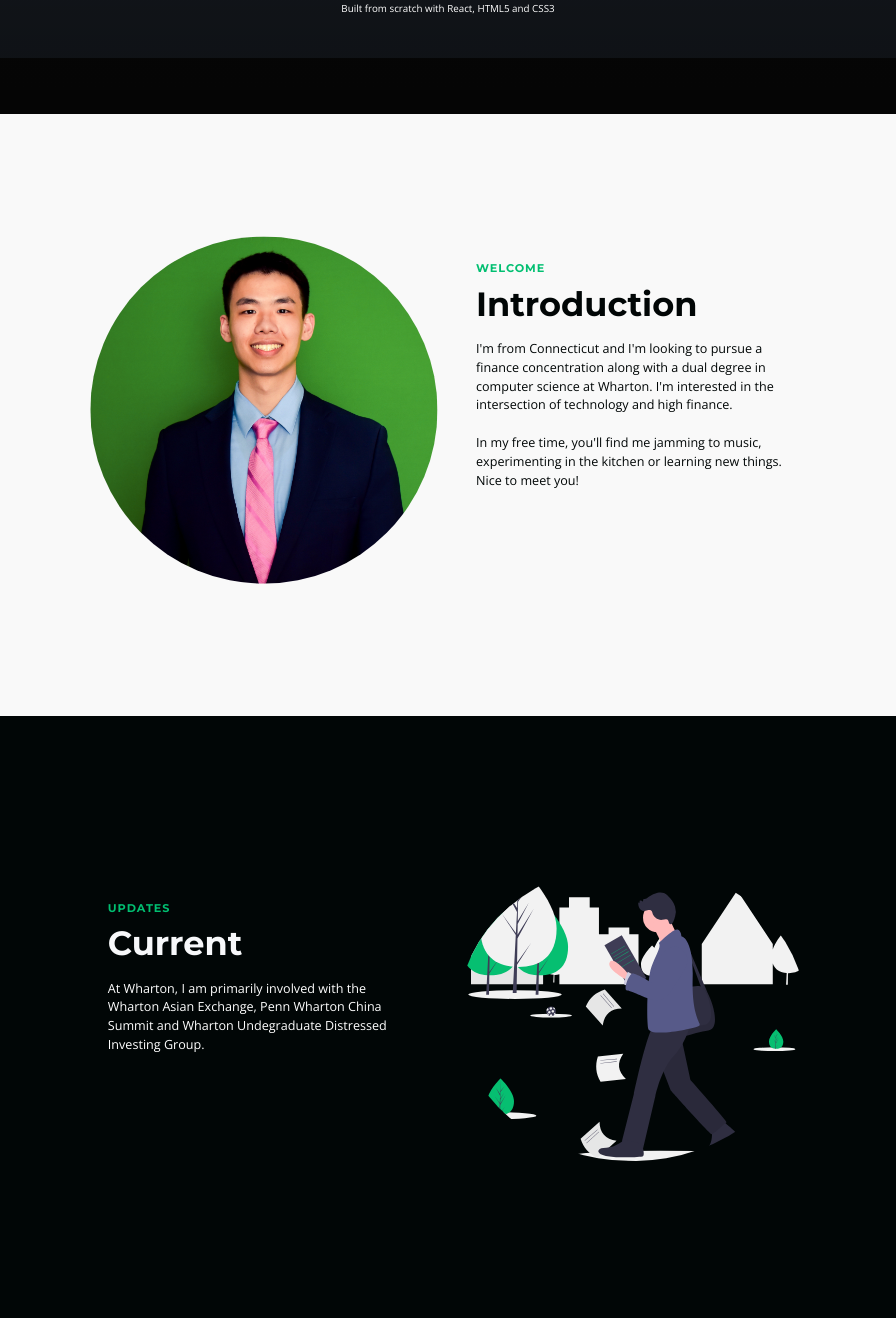
Repository: icer6683/Website
Page: /
These files come from the project's save history. The page is drawn as it stood at one moment and after the next save; the edit follows.
The browser window is 1280 px wide. The pictures show the part of the page from y = 717 to 2637 px (the page is 5676 px tall), at 70% of full size.
Pictures or frames that could not be fetched are drawn as grey boxes. The project was rebuilt for these pictures with package versions that can differ from the ones it lists, and the page was loaded fresh each time. Also part of the build but not shown: src/Components/ContactMe/ContactMeElements.js, src/Components/ContactMe/index.js, src/Pages/contactme.js. Imported but missing from the stored project, and not drawn on this page: src/Video/video.mp4.

Above is the page before, as saved 2023-07-03 13:17:42.

After the next save:
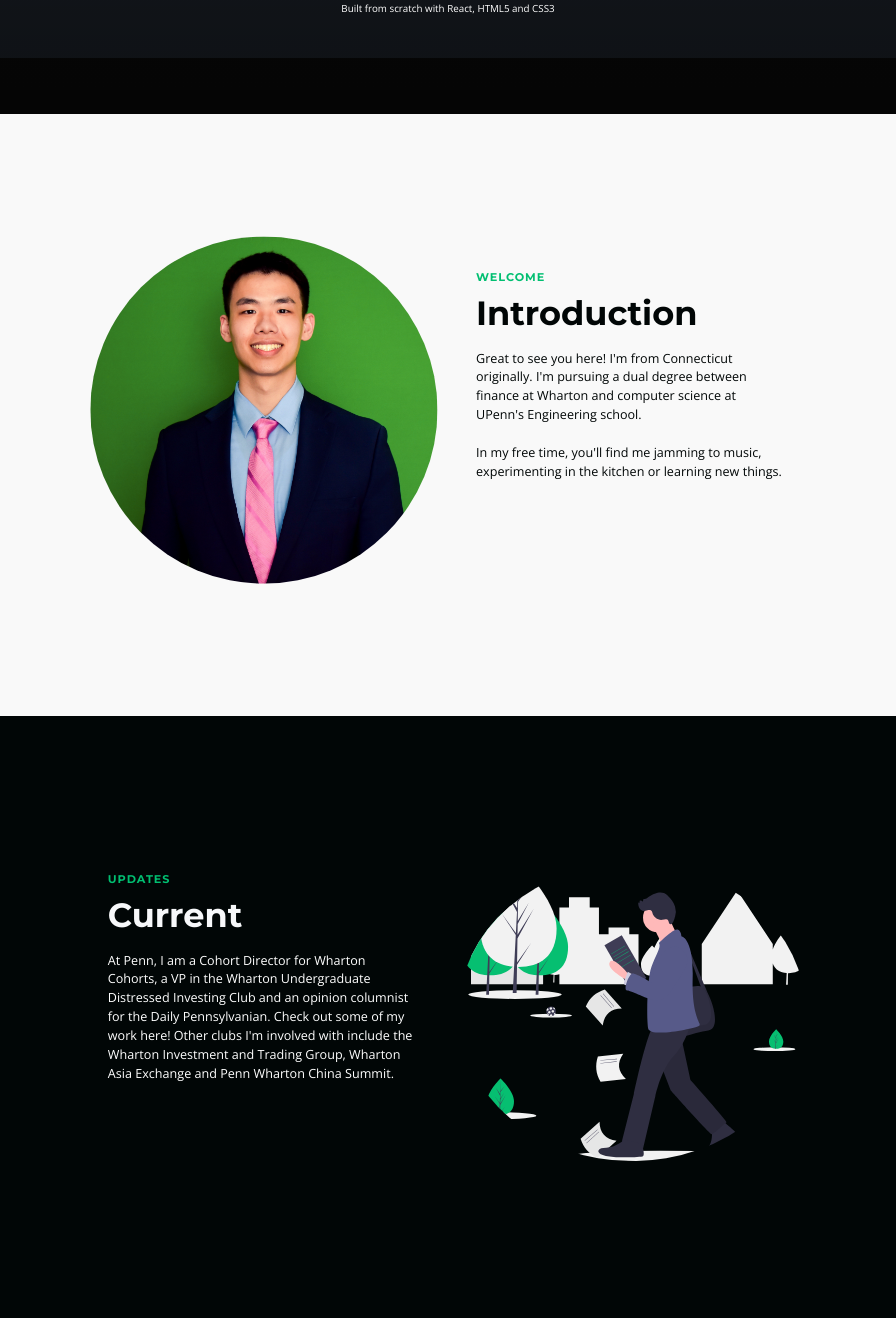
Saved 6 min 0 s later.
--- a/src/Components/Sections/Data.js
+++ b/src/Components/Sections/Data.js
@@ -8,7 +8,7 @@
     lightTextDesc: false,
     topLine: 'Welcome',
     headline: "Introduction",
-    description: "I'm from Connecticut and I'm looking to pursue a finance concentration along with a dual degree in computer science at Wharton. I'm interested in the intersection of technology and high finance. \n\nIn my free time, you'll find me jamming to music, experimenting in the kitchen or learning new things. Nice to meet you!",
+    description: "Great to see you here! I'm from Connecticut originally. I'm pursuing a dual degree between finance at Wharton and computer science at UPenn's Engineering school. \n\nIn my free time, you'll find me jamming to music, experimenting in the kitchen or learning new things. ",
     shape: false,
     imgStart: true,
     img: face,
@@ -26,7 +26,7 @@
     lightTextDesc: true,
     topLine: 'Updates',
     headline: "Current",
-    description: "At Wharton, I am primarily involved with the Wharton Asian Exchange, Penn Wharton China Summit and Wharton Undegraduate Distressed Investing Group. ",
+    description: "At Penn, I am a Cohort Director for Wharton Cohorts, a VP in the Wharton Undergraduate Distressed Investing Club and an opinion columnist for the Daily Pennsylvanian. Check out some of my work here! Other clubs I'm involved with include the Wharton Investment and Trading Group, Wharton Asia Exchange and Penn Wharton China Summit. ",
     shape: false,
     imgStart: false,
     img: walking,
